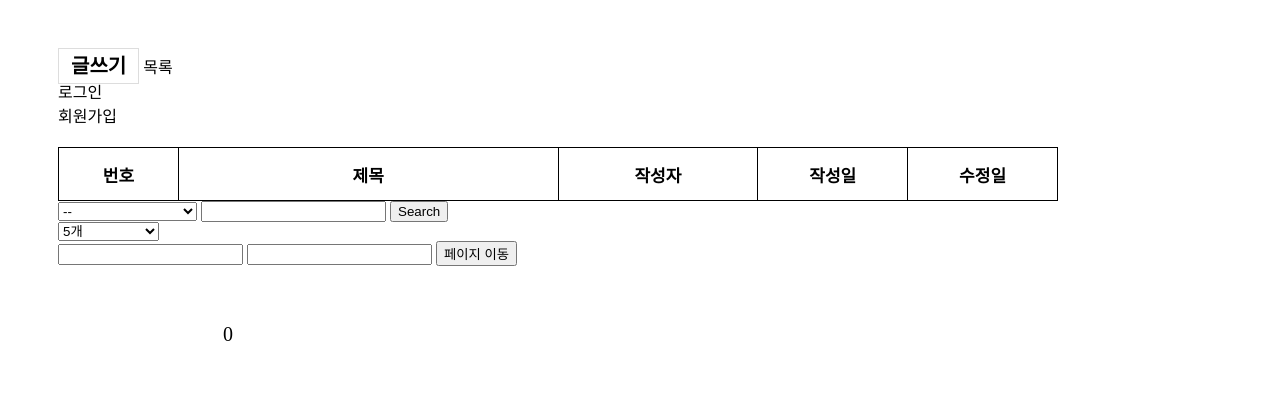
Repository: Shim-YoungDo/gaea-study
Page: http://localhost/study/WEB-INF/views/board/list.jsp
An editor plug-in stored every save of this project. The page is shown before and after the next save, followed by the edit.
The browser window is 1280 px wide. The pictures show the whole page.
The page is served by Tomcat 9. Nobody is signed in. Other server files are loaded and not shown. The template is opened directly, without the code that normally fills it, so the values that code supplies are empty.

Above is the page before, as saved 2021-12-07 04:39:40.

### study/src/main/webapp/WEB-INF/views/board/list.jsp
<%@ page language="java" contentType="text/html; charset=UTF-8"
	pageEncoding="UTF-8"%>
<%@ taglib uri="http://java.sun.com/jsp/jstl/core" prefix="c"%>
<%@ taglib prefix="fmt" uri="http://java.sun.com/jsp/jstl/fmt"%>
<!DOCTYPE html>
<html>
<head>
<meta charset="UTF-8">
<title>Insert title here</title>
<link rel="stylesheet" href="/resources/css/board/list.css">
<script src="https://code.jquery.com/jquery-3.4.1.js"
	integrity="sha256-WpOohJOqMqqyKL9FccASB9O0KwACQJpFTUBLTYOVvVU="
	crossorigin="anonymous"></script>
</head>
<body>
	<div class="table_wrap">
		<a href="/board/registeView" class="enroll_btn">글쓰기</a>
		<a href="/board/list" class="list_btn">목록</a>
		<div class="login_area">
		<!-- 로그인 x -->
		<c:if test="${member==null}">
		<div class="login_button"><a href="/member/login">로그인</a></div>
		<span><a href="/member/join">회원가입</a></span>
		</c:if>

		<!-- 로그인 o -->
		<c:if test="${member != null}">
		<div class="login_success_area">
			<span>이름:${member.memberName}</span>
			<span>아이디:${member.memberID}</span>
			<a href="/member/logout">로그아웃</a>
		</div>
		</c:if>

		<table>
			<thead>
				<tr>
					<th class="bno_width">번호</th>
					<th class="title_width">제목</th>
					<th class="writer_width">작성자</th>
					<th class="regdate_width">작성일</th>
					<th class="updatedate_width">수정일</th>
				</tr>
			</thead>
			<c:forEach items="${list}" var="list">
				<tr>
					<td><c:out value="${list.boardNumber}" /></td>
					<td>
						<a class="move" href='<c:out value="${list.boardNumber}"/>'>
							<c:out value="${list.boardTitle}" />
						</a>
					</td>
					<td>
						<c:out value="${list.boardWriter}" />
					</td>
					<td>
						<fmt:formatDate pattern="yyyy/MM/dd"
							value="${list.boardRegistrationDate}" />
					</td>
					<td>
						<fmt:formatDate pattern="yyyy/MM/dd"
							value="${list.boardUpdateDate}" />
					</td>
				</tr>
			</c:forEach>
		</table>

		<div class="search_wrap">
			<div class="search_area">
				<select name="type">
                <option value="" <c:out value="${pageMake.cri.type == null?'selected':'' }"/>>--</option>
                <option value="T" <c:out value="${pageMake.cri.type eq 'T'?'selected':'' }"/>>제목</option>
                <option value="C" <c:out value="${pageMake.cri.type eq 'C'?'selected':'' }"/>>내용</option>
                <option value="W" <c:out value="${pageMake.cri.type eq 'W'?'selected':'' }"/>>작성자</option>
                <option value="TC" <c:out value="${pageMake.cri.type eq 'TC'?'selected':'' }"/>>제목 + 내용</option>
                <option value="TW" <c:out value="${pageMake.cri.type eq 'TW'?'selected':'' }"/>>제목 + 작성자</option>
                <option value="TCW" <c:out value="${pageMake.cri.type eq 'TCW'?'selected':'' }"/>>제목 + 내용 + 작성자</option>
            </select>
				<input type="text" name="keyword" value="${pageMake.cri.keyword}">
				<button>Search</button>
			</div>
		</div>

		<div class="amount_wrap">
			<div class="amount_area">

					<select name="amount" onchange="selectBoxChange(this.value);">
						<option value="" disabled >=== 선택 ===</option>
						<option value=5 <c:out value="${pageMake.cri.amount == 5?'selected':''}"/>>5개</option>
    					<option value=10 <c:out value="${pageMake.cri.amount == 10?'selected':''}"/>>10개</option>
    					<option value=20 <c:out value="${pageMake.cri.amount == 20?'selected':''}"/>>20개</option>
    					<option value=25 <c:out value="${pageMake.cri.amount == 25?'selected':''}"/>>25개</option>

					</select>

			</div>
		</div>


		<div class="page_select_wrap">
			<div class="page_select_area">
				<input type = "text" pattern="\d" name="pageSelect"value='<c:out value="${pageMake.cri.pageNum}"/>'>
				<input name = "totalPage" readonly="readonly" value = '<c:out value="${pageMake.realEnd}"/>'>
				<button>페이지 이동</button>
			</div>
		</div>

		<div class="pageInfo_wrap">
			<div class="pageInfo_area">
				<ul id="pageInfo" class="pageInfo">

					<!-- 이전페이지 버튼 -->
					<c:if test="${pageMake.prev}">
						<li class="pageInfo_btn previous"><a href="${pageMake.startPage-1}">이전</a></li>
					</c:if>

					<!-- 각 번호 페이지 버튼 -->
					<c:forEach var="num" begin="${pageMake.startPage}" end="${pageMake.endPage}">
						<li class="pageInfo_btn ${pageMake.cri.pageNum == num ? "active":"" }"><a href="${num}">${num}</a></li>
					</c:forEach>

					<!--
					<form id="pageForm" method="post">
					<select name="amount" id="amount" onchange="selectBoxChange(this.value);">
						<option value="none">=== 선택 ===</option>
						<option value="5">5개</option>
    					<option value="10">10개</option>
    					<option value="20">20개</option>
					</select>
					</form>
					-->

					<!-- 다음페이지 버튼 -->
					<c:if test="${pageMake.next}">
						<li class="pageInfo_btn next"><a href="${pageMake.endPage+1}">다음</a></li>
					</c:if>
				</ul>
			</div>
		</div>

		<form id="moveForm" method="get">
			<input type="hidden" name="pageNum" value="${pageMake.cri.pageNum}">
			<input type="hidden" name="amount" value="${pageMake.cri.amount}">
			<input type="hidden" name="keyword" value="${pageMake.cri.keyword}">
			<input type="hidden" name="type" value="${pageMake.cri.type}">

		</form>
	</div>
</div>

	<script>
		let moveForm = $("#moveForm");
		let pageForm = $("#pageForm");

		$(".move").on("click", function(e) {
			e.preventDefault();
			moveForm.append("<input type='hidden' name='boardNumber' value='"
					+ $(this).attr("href") + "'>"); //<form>내부 boardNumber값을 저장하는 <input>태그 생성
			moveForm.attr("action", "/board/getPage");
			moveForm.submit();
				});

		$(".pageInfo a").on("click", function(e){
			e.preventDefault();
			moveForm.find("input[name='pageNum']").val($(this).attr("href")); //<form>내부 pageNum과 관련된 <input>태그의 value 속성값에 클릭한<a>태그 페이지 번호 삽입
			moveForm.attr("action", "/board/list");
			moveForm.submit();
		});

		/*
		var selectBoxChange = function(value){
			console.log("결과:" +value);
			$.ajax({
				type:"post",
				url:"/board/pageAmount",
				data: "pageAmount=" +value,
				success : function(data){
					alert("성공", +data);
					console.log(data);
				}
			});
		}*/

		/*
		$("#pageForm").change(function(){
			var pageAmount = value;

			$.ajax({
				type:"post",
				url:"/board/pageAmount",
				data: "pageAmount=" +pageAmount,
				success : function(data){
					alert("성공", +data);
					console.log(data);
				}
			});

		});*/


		//검색기능
		$(".search_area button").on("click", function(e){
			e.preventDefault();

			let type = $(".search_area select").val();
			let keyword = $(".search_area input[name='keyword']").val();

			if(!type){
				alert("검색 종류를 선택하세요");
				return false;
			}
			if(!keyword){
				alert("키워드를 입력하세요");
				return false;
			}

			//let val = $("input[name='keyword']").val();
			moveForm.find("input[name='type']").val(type);
			moveForm.find("input[name='keyword']").val(keyword);
			moveForm.find("input[name='pageNum']").val(1);
			moveForm.submit();
		});

		/*
		$("#pageForm").change(function(){
			var pageAmount = value;
			let amount = $(".amount_area select").val();

			pageForm.find("input[name]='amount'").val(amount);
			pageForm.submit();
		});*/

		//화면에 출력될 총 게시글 수 선택
		var selectBoxChange = function(value){

			let amount = $(".amount_area select").val();

			//pageForm.find("input[name]='amount'").val(amount);
			//pageForm.submit();
			moveForm.find("input[name='amount']").val(amount);
			moveForm.find("input[name='pageNum']").val(1);
			moveForm.submit();

			console.log("결과:" +value);
			//alert("성공", +data);
		}

		//선택 페이지 이동
		$(".page_select_area button").on("click",function(){

			let pageNum = $(".page_select_area [name='pageSelect']").val();

			moveForm.find("input[name='pageNum']").val(pageNum);
			moveForm.attr("action", "/board/list");
			moveForm.submit();
		});




		/*
		$(".page_count_area button").on("click"function(){
			let pageCount = $(".page_count_area [name='pageCount']").val();
			moveForm.find("input[name='pageCount']").val(pageCount);
			moveForm.attr("action", "/board/list");
			moveForm.submit();
		});
		*/
	</script>

</body>
</html>

### study/src/main/webapp/resources/css/board/list.css
@charset "UTF-8";
a{
  	text-decoration : none;
  }
  table{
 	border-collapse: collapse;
 	width: 1000px;
 	margin-top : 20px;
 	text-align: center;
  }
  td, th{
  	border : 1px solid black;
  	height: 50px;
  }
  th{
  	font-size : 17px;
  }
  thead{
  	font-weight: 700;
  }
  .table_wrap{
  	margin : 50px 0 0 50px;
  }
  .bno_width{
  	width: 12%;
  }
  .writer_width{
  	width: 20%;
  }
  .regdate_width{
  	width: 15%;
  }
  .updatedate_width{
  	width: 15%;
  }
  .enroll_btn{
  	font-size: 20px;
    padding: 6px 12px;
    background-color: #fff;
    border: 1px solid #ddd;
    font-weight: 600;
  }

  .pageInfo{
      list-style : none;
      display: inline-block;
    margin: 50px 0 0 100px;
  }
  .pageInfo li{
      float: left;
    font-size: 20px;
    margin-left: 18px;
    padding: 7px;
    font-weight: 500;
  }


 a:link {color:black; text-decoration: none;}
 a:visited {color:black; text-decoration: none;}
 a:hover {color:blue; text-decoration: underline;}
 .active{
 	text-decoration:underline;
 }

After the next save:
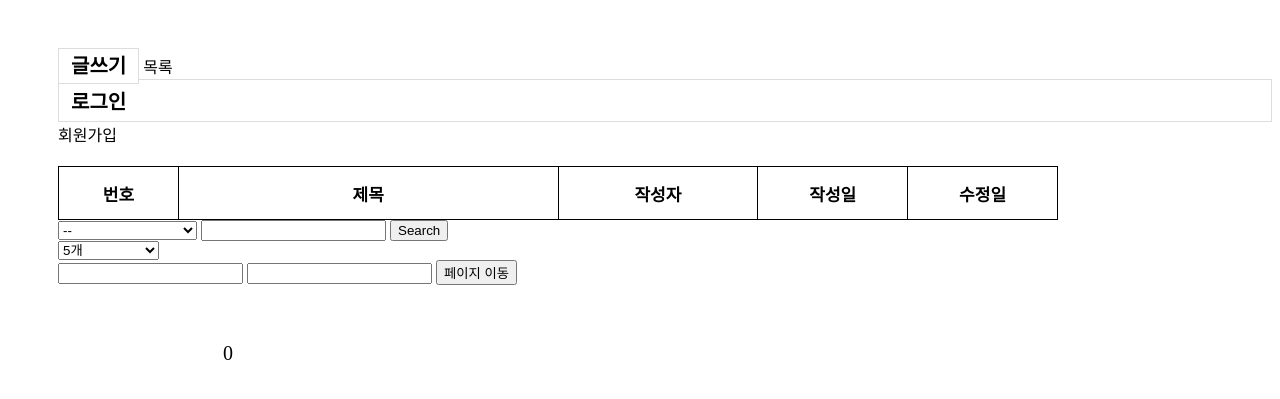
Saved 9 min 20 s later.
--- a/study/src/main/webapp/resources/css/board/list.css
+++ b/study/src/main/webapp/resources/css/board/list.css
@@ -53,6 +53,13 @@ a{
     padding: 7px;
     font-weight: 500;
   }
+  .login_button{
+  	font-size: 20px;
+    padding: 6px 12px;
+    background-color: #fff;
+    border: 1px solid #ddd;
+    font-weight: 600;
+  }
 
 
  a:link {color:black; text-decoration: none;}
